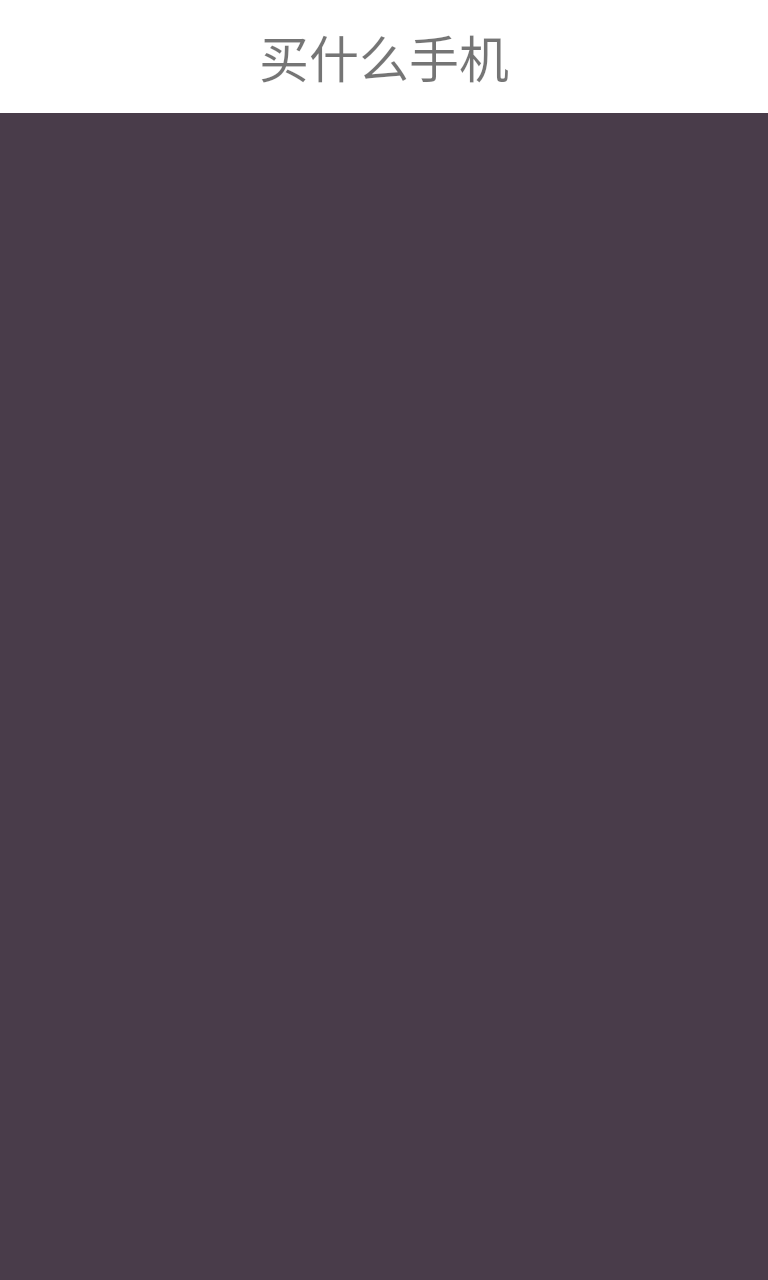
Repository: lxis/Sale
Layout: Sale/Sale/res/layout/activity_splash.xml
The author's editor kept a copy of each file at every save. The layout is drawn from the files as they stood at one save, then again after the next save.
It is drawn on a 768 x 1280 px phone screen (xhdpi) without system bars, with theme AppTheme; the app's code is not run.

Above is the layout before, as saved 2014-12-06 15:51:17.

After the next save:
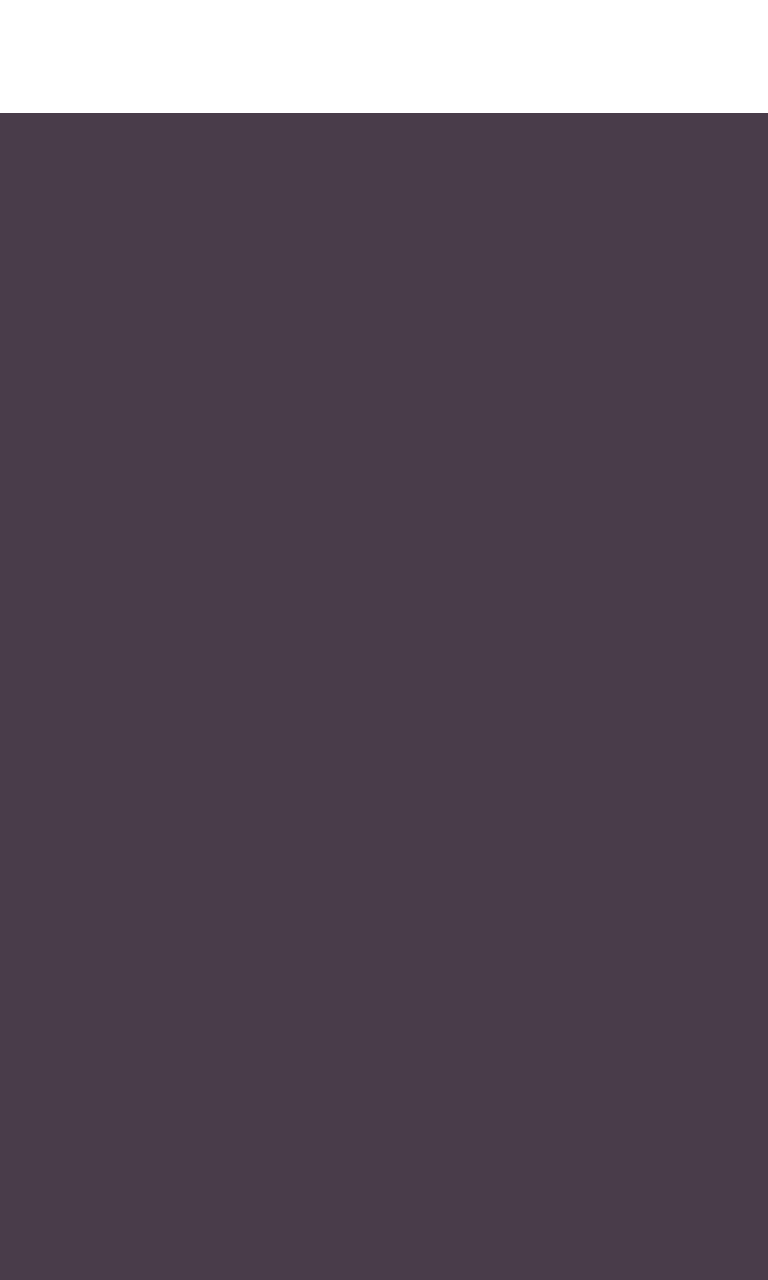
Saved 24 s later.
--- a/Sale/Sale/res/layout/activity_splash.xml
+++ b/Sale/Sale/res/layout/activity_splash.xml
@@ -21,6 +21,7 @@
             android:layout_gravity="center"
             android:layout_margin="20px"
             android:text="买什么手机"
+            android:textColor="#ffffff"
             android:textSize="25sp" >
         </TextView>
     </LinearLayout>
